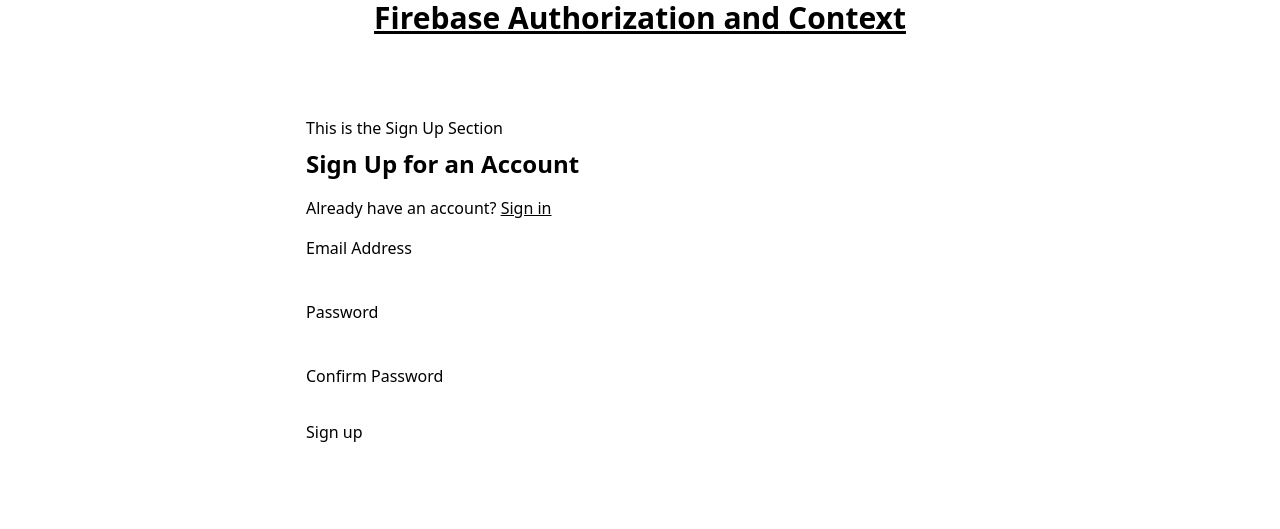
Repository: mottad14/practice_google_firebase
Page: /signup
An editor plug-in stored every save of this project. The page is shown before and after the next save, followed by the edit.
The browser window is 1280 px wide. The pictures show the whole page.
The project was rebuilt for these pictures with package versions that can differ from the ones it lists, and the page was loaded fresh each time. Also part of the build but not shown: src/components/Signin.jsx, src/components/Account.jsx.

Above is the page before, as saved 2022-07-27 09:13:38.

### src/index.js
import React from 'react';
import ReactDOM from 'react-dom/client';
import './index.css';
import App from './App';
import {BrowserRouter} from "react-router-dom"

const root = ReactDOM.createRoot(document.getElementById('root'))
root.render(
  <BrowserRouter>
    <App/>
  </BrowserRouter>);

### src/App.js
import React from "react";
import Signin from "./components/Signin";
import Signup from "./components/Signup";
import Account from "./components/Account"
import { Route, Routes } from "react-router-dom";

function App() {
  return (
    <div className="App">
          <h1 className="text-3xl text-center font-bold underline">
            Firebase Authorization and Context
            </h1>
            <Routes>
              <Route path="/" element={<Signin/>}  />
              <Route path="/signup" element={<Signup/>}  />
              <Route path="/account" element={<Account/>}  />
            </Routes>
    </div>
  );
}

export default App;

### src/components/Signup.jsx
import React from 'react'
import { Link } from 'react-router-dom'

const Signup = () => {
  return (
    <div className='max-w-[700px] mx-auto my-16 p-4 '>

      This is the Sign Up Section
      <div>
          <h1 className='text-2xl font-bold py-2'>Sign Up for an Account</h1>
          <p className='py-2'>
            Already have an account? <Link to="/" className='underline'> Sign in </Link>
          </p>
      </div>

      <form>
          <div className='flex flex-col py-2'>
            <label className='' htmlFor=""> Email Address</label>
            <input type="email"/>
          </div>
          <div className='flex flex-col py-2'>
            <label className='' htmlFor=""> Password</label>
            <input type="password"/>
          </div>
          <div className='flex flex-col py-2'>
            <label className='' htmlFor=""> Confirm Password</label>
            <input type="password"/>
          </div>
          <button>Sign up</button>

      </form>

    </div>
  )
}

export default Signup

### tailwind.config.js
/** @type {import('tailwindcss').Config} */
module.exports = {
  content: [
    "./src/**/*.{js,jsx,ts,tsx}",
],
  theme: {
    extend: {},
  },
  plugins: [],
}

Loaded but not shown: public/index.html (common file); src/index.css (common file)

After the next save:
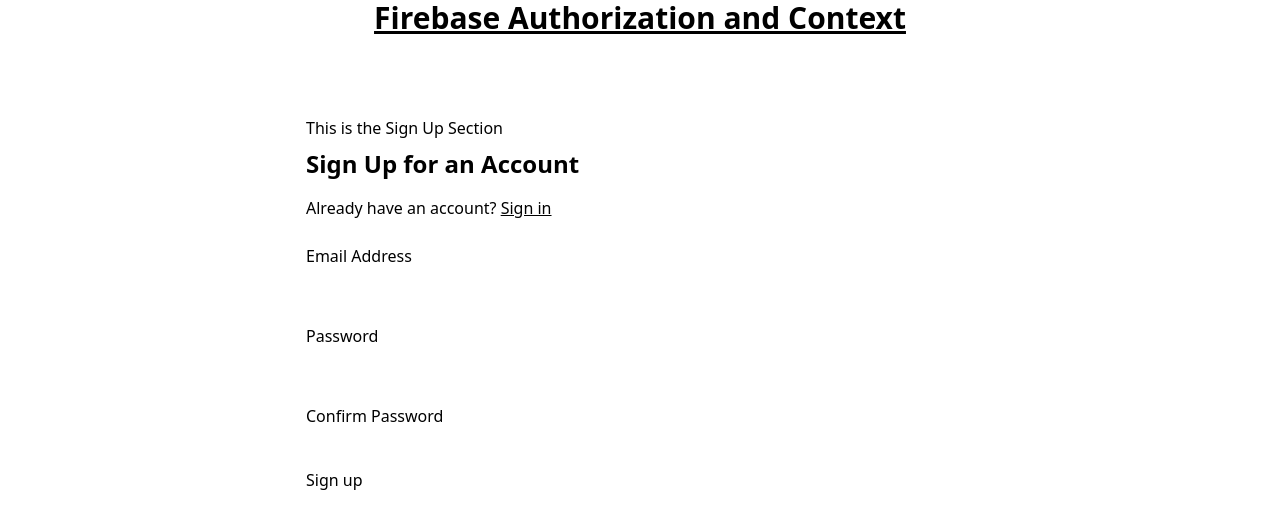
Saved 29 s later.
--- a/src/components/Signup.jsx
+++ b/src/components/Signup.jsx
@@ -15,15 +15,15 @@
 
       <form>
           <div className='flex flex-col py-2'>
-            <label className='' htmlFor=""> Email Address</label>
+            <label className='py-2 font-medium' htmlFor=""> Email Address</label>
             <input type="email"/>
           </div>
           <div className='flex flex-col py-2'>
-            <label className='' htmlFor=""> Password</label>
+            <label className='py-2 font-medium' htmlFor=""> Password</label>
             <input type="password"/>
           </div>
           <div className='flex flex-col py-2'>
-            <label className='' htmlFor=""> Confirm Password</label>
+            <label className='py-2 font-medium' htmlFor=""> Confirm Password</label>
             <input type="password"/>
           </div>
           <button>Sign up</button>
